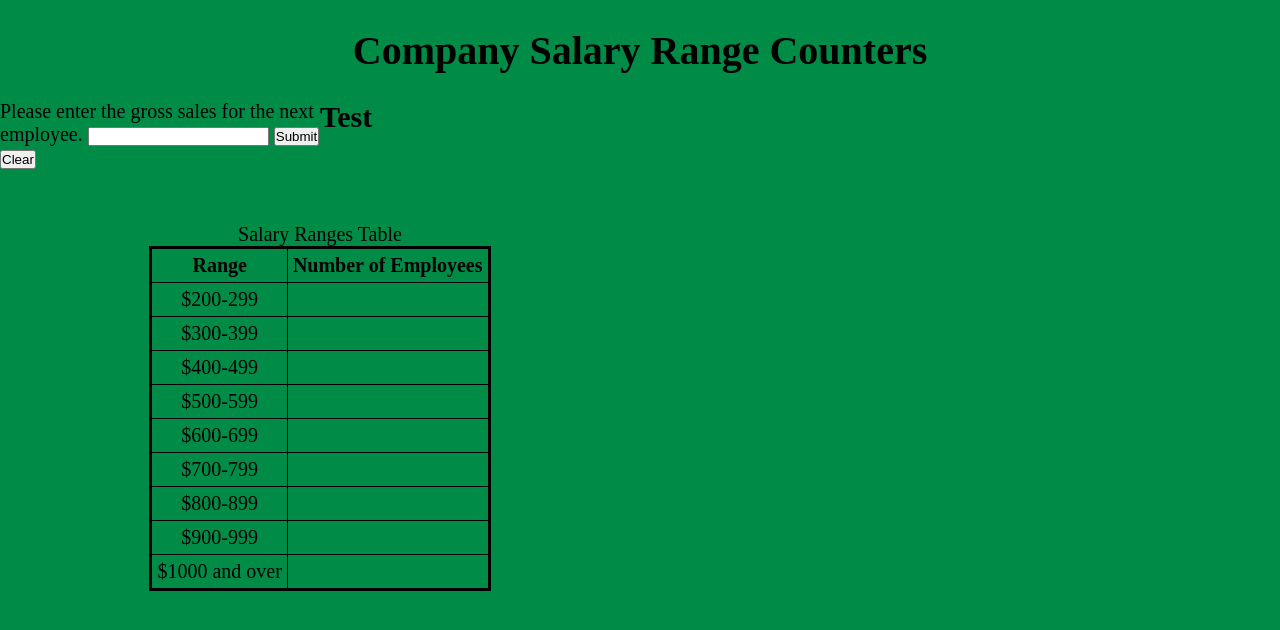
Repository: mlmEFSC21/P17-Sales-Commision
Page: sales.html
These files come from the project's save history. The page is drawn as it stood at one moment and after the next save; the edit follows.
The browser window is 1280 px wide. The pictures show the whole page.

Above is the page before, as saved 2022-04-02 08:22:45.

After the next save:
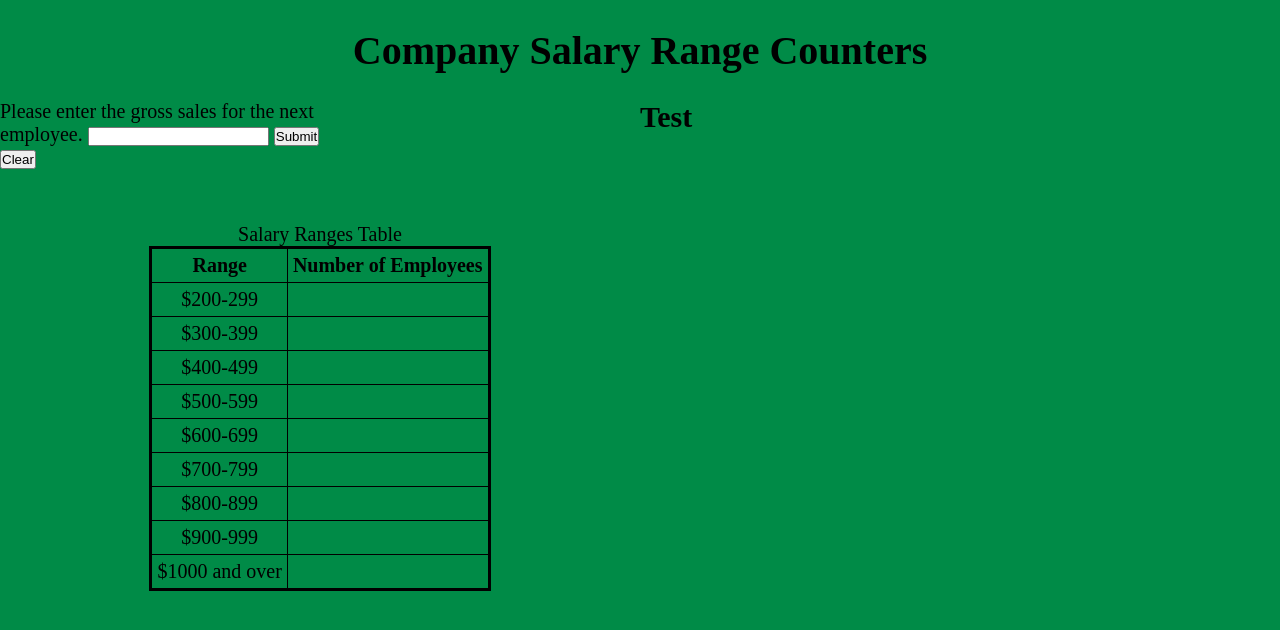
Saved 65 s later.
--- a/sales.css
+++ b/sales.css
@@ -26,6 +26,9 @@ body {
     grid-template-rows: repeat(4, 1fr);
     grid-template-columns: repeat(4, 1fr);
 }
+.currentSalary {
+    grid-column: 3 / 5;
+}
 .tableContainer {
     grid-column: 1/3;
     grid-row: 2/5;
